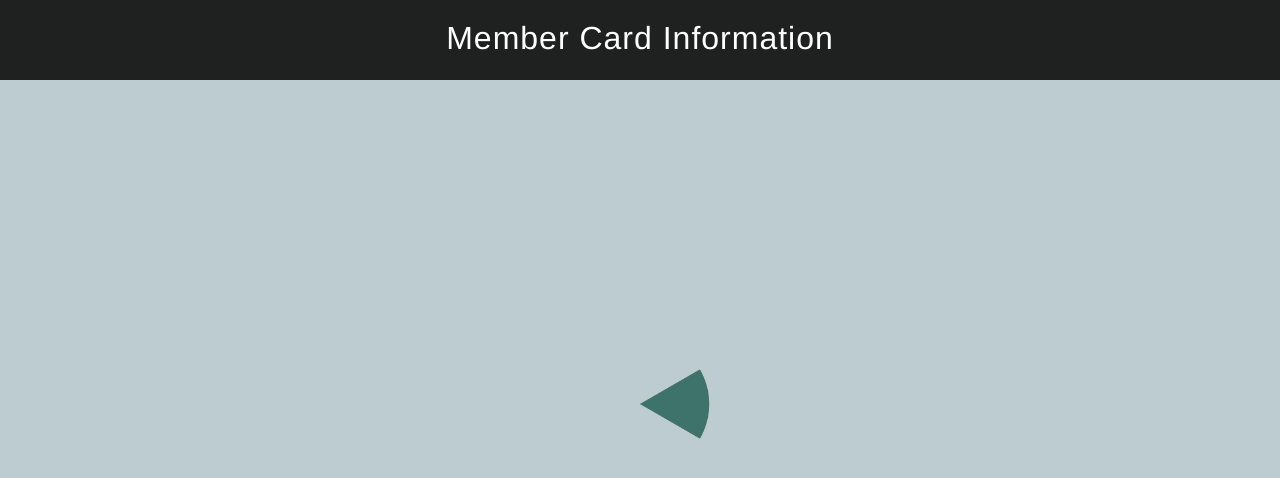
Repository: Leooook/lzhao-fed-test
Page: /
The author's editor kept a copy of each file at every save. The page is drawn from the files as they stood at one save, then again after the next save.
The browser window is 1280 px wide. The pictures show the whole page.
The page's requests for data from a server got no answer. The project was rebuilt for these pictures with package versions that can differ from the ones it lists, and the page was loaded fresh each time. No one was signed in, and anything a server would have sent is missing. Also part of the build but not shown: src/components/detail.jsx.

Above is the page before, as saved 2021-03-15 22:10:23.

### src/index.html
<!DOCTYPE html>
<html lang="en">
	<head>
		<meta charset="utf-8" />
		<meta http-equiv="X-UA-Compatible" content="IE=edge,chrome=1" />
		<title>Member Card Info</title>
		<meta name="description" content="" />
		<meta name="viewport" content="width=device-width, initial-scale=1.0, maximum-scale=1.0, user-scalable=no" />
	</head>
	<body>
		<div id="root" class="react-root"></div>
	</body>
</html>

### src/App.js
import React, {useState} from 'react';
import {BsCaretDownFill} from 'react-icons/bs'

import './App.css'
import Header from './components/header.jsx'
import Feature from './components/feature.jsx'

export default function App() {
  const [featureAmount, setFeatureAmount] = useState([1])
  const [iconsDisplay, setIconsDisplay] = useState(false)

  const setFeature = () => {
    setFeatureAmount(featureAmount => {return [...featureAmount, 1]})
  }

  const setIcons = (bool) => {
    console.log(bool)
    setIconsDisplay(bool)
  }

	return (
    <div className='app'>
      <Header />
      {
        featureAmount.map((key) => <Feature key = {key} setIcons={() => setIcons()} />)
      }
      {
        iconsDisplay ? <BsCaretDownFill className='add-feature' onClick={() => setFeature()}/> : null
      }
    </div>
  )
}

### src/App.css
* {
	margin: 0;
	padding: 0;
	box-sizing: border-box;
}
:root {
	--nav-black: rgba(14, 14, 14, 0.897);
	--white: #ffffff;
	--light-blue: rgb(189, 204, 208);
	--grey: rgb(145, 145, 145);
	--light-grey: rgb(209, 209, 209);
}
/* app */
.app {
	max-width: 100vw;
	min-height: 100vh;
	background-color: var(--light-blue);
}
.add-feature {
	position: relative;
	color: rgba(65, 65, 65, 0.418);
	width: 60px;
	height: 60px;
	margin: 30px auto 0 auto;
	display: block;
	cursor: pointer;
	animation: upAndDown 3s ease-in-out infinite;
}
.add-feature:active {
	transform: scale(1.1);
	transition: all 1s ease;
}
@keyframes upAndDown {
	0% {
		bottom: 0;
	}
	50% {
		bottom: 10px;
	}
	100% {
		bottom: 0;
	}
}
/* end of app */
/* header */
.header {
	background-color: var(--nav-black);
	height: 80px;
	padding: 20px;
	margin-bottom: 80px;
	font-size: 2rem;
	font-family: 'Franklin Gothic Medium', 'Arial Narrow', Arial, sans-serif;
	text-align: center;
	color: var(--white);
	letter-spacing: 1px;
}
@media screen and (max-width: 500px) {
	.header {
		margin-bottom: 30px;
		padding: 30px;
		font-size: 1.4rem;
	}
}
/* end of header */
/* loader */
.load {
	width: 100%;
}
.loadPic {
	height: 20vh;
	width: 20vh;
	display: block;
	margin: 35vh auto 0 auto;
}
/* end of loader */
/* feature */
.feature {
	margin-top: -65px;
	padding: 60px 8%;
	display: grid;
	grid-template-columns: repeat(auto-fill, minmax(450px, 1fr));
	grid-row-gap: 50px;
	grid-column-gap: 80px;
}
@media screen and (max-width: 500px) {
	.feature {
		padding: 30px 20px;
		display: initial;
	}
}
/* end of feature */
/* detail */
.detail {
	margin: auto;
	padding: 10px 20px;
	width: 450px;
	height: 240px;
	background: hsla(0, 0%, 100%, .3);
	border-radius: 6px;
	box-shadow: 0 6px 20px 6px rgba(0, 0, 0, 0.207);
	display: flex;
	align-items: center;
	cursor: pointer;
	transition: all linear 0.2s;
}
.detail:hover {
	transform: scale(1.05);
	box-shadow: 0 10px 30px 10px rgba(0, 0, 0, 0.207);
}
.left-section {
	width: calc(40% - 20px);
	margin-right: 10%;
}
.right-section {
	width: clac(50% - 20px);
}
.detail-pic {
	margin: 0 auto;
	height: 140px;
	width: 140px;
	border-radius: 50%;
	box-shadow: 0 0 10px 8px var(--light-grey);
}
.detail-info {
	margin-bottom: 10px;
}
.detail-name {
	font-family: 'Playfair Display', serif;
	font-weight: bold;
	font-size: 1.3rem;
}
.detail-name2 {
	font-weight: 100;
	font-size: 0.9rem;
	color: rgb(82, 82, 82);
	font-style: oblique;
}
.detail-sex-date {
	display: flex;
}
.detail-date {
	margin-right: 13px;
}
.detail-font {
	font-family: 'Source Sans Pro', sans-serif;
	font-size: 0.8rem;
}
@media screen and (max-width: 500px) {
	.detail {
		margin-bottom: 30px;
		width: 90vw;
		height: 50vw;
	}
	.detail-pic {
		height: 100px;
		width: 100px;
	}
	.detail-info {
		margin-bottom: 6px;
	}
	.detail-name {
		font-size: 1rem;
	}
	.detail-name2 {
		font-size: 0.8rem;
	}
	.detail-date {
		margin-right: 8px;
	}
	.detail-font {
		font-size: 0.75rem;
	}
}
/* end of detail */

### src/components/header.jsx
import React, { Component } from 'react'

class Header extends Component {
	render() {
		return <section className="header">Member Card Information</section>
	}
}

export default Header

### src/components/feature.jsx
import React, { Component } from 'react'

import Loader from './loader.jsx'
import Detail from './detail.jsx'

class Feature extends Component {
	state = {
		dataSet: [],
		dataAmount: 6
	}

	fetchData = () => {
		fetch('https://randomuser.me/api/', {
			method: 'GET'
		})
			.then((response) => response.json())
			.then((data) => {
				let dataSet = this.state.dataSet
				dataSet.push(data.results[0])
				this.setState({ dataSet })
			})
			.catch((error) => {
				console.error('Error:', error)
			})
	}

	componentDidMount() {
		for (let i = 0; i < this.state.dataAmount; i++) {
			this.fetchData()
		}
	}

	render() {
		if (this.state.dataSet.length === 0 || this.state.dataSet.length % 6 !== 0) {
			this.props.setIcons(false)
			return <Loader />
		} else {
			this.props.setIcons(true)
			return (
				<section className="feature">
					{this.state.dataSet.map((each, key) => <Detail key={key} data={each} />)}
				</section>
			)
		}
	}
}

export default Feature

### src/components/loader.jsx
import React from 'react'

import loadPic from '../images/load.gif'

function Loader() {
	return (
		<section className="load">
			<img src={loadPic} className="loadPic" alt="load" />
		</section>
	)
}

export default Loader

Loaded but not shown: src/index.js (common file)

After the next save:
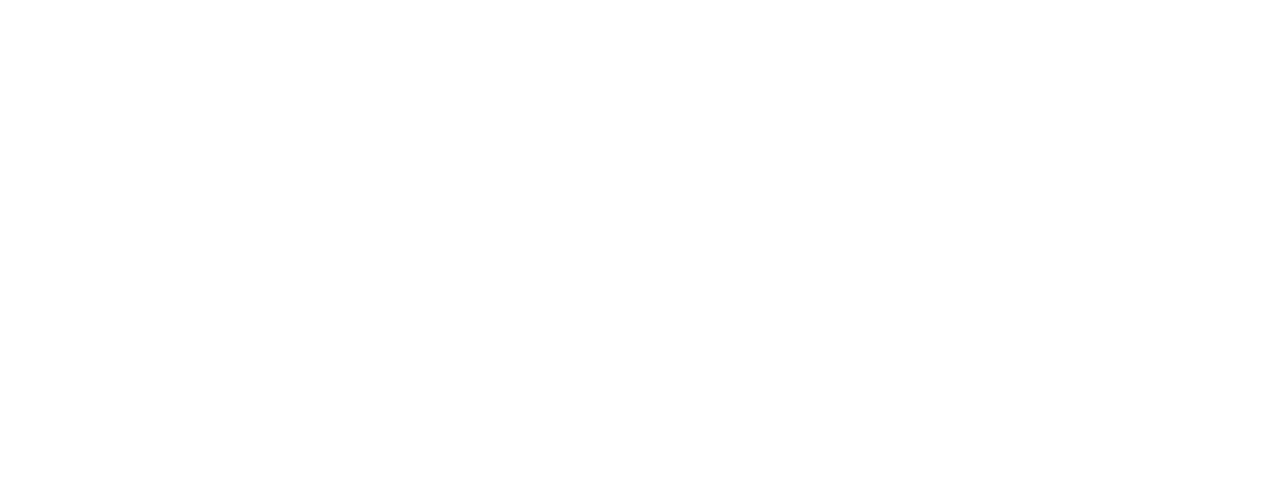
Console error: ReferenceError: bool is not defined
Saved 59 s later.
--- a/src/App.js
+++ b/src/App.js
@@ -22,7 +22,7 @@
     <div className='app'>
       <Header />
       {
-        featureAmount.map((key) => <Feature key = {key} setIcons={() => setIcons()} />)
+        featureAmount.map((key) => <Feature key = {key} setIcons={() => setIcons(bool)} />)
       }
       {
         iconsDisplay ? <BsCaretDownFill className='add-feature' onClick={() => setFeature()}/> : null

After the save that followed:
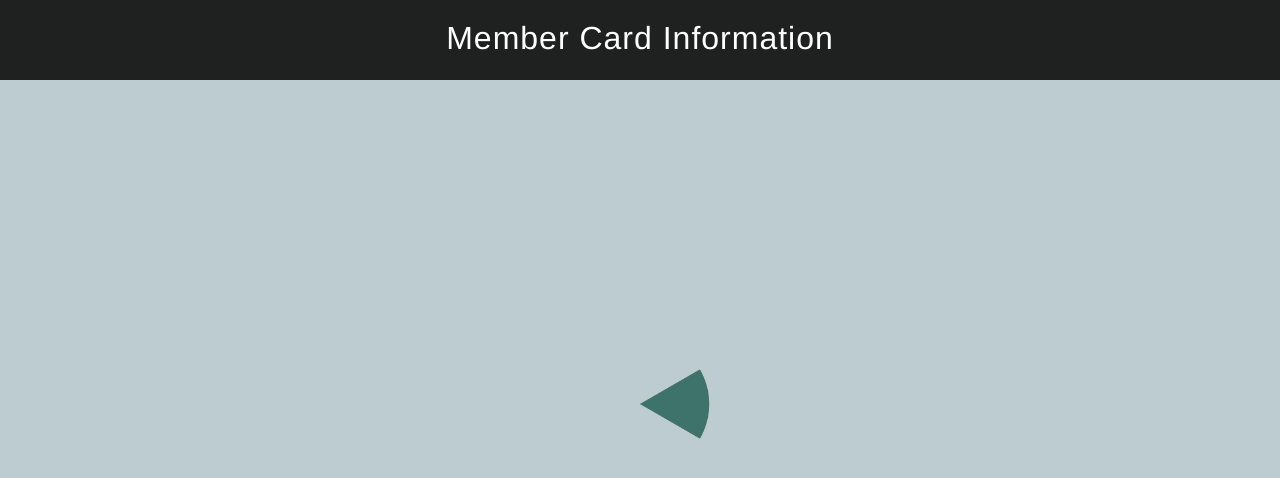
The error is gone.
Saved 24 s later.
--- a/src/App.js
+++ b/src/App.js
@@ -22,7 +22,7 @@
     <div className='app'>
       <Header />
       {
-        featureAmount.map((key) => <Feature key = {key} setIcons={() => setIcons(bool)} />)
+        featureAmount.map((key) => <Feature key = {key} setIcons={() => setIcons} />)
       }
       {
         iconsDisplay ? <BsCaretDownFill className='add-feature' onClick={() => setFeature()}/> : null
